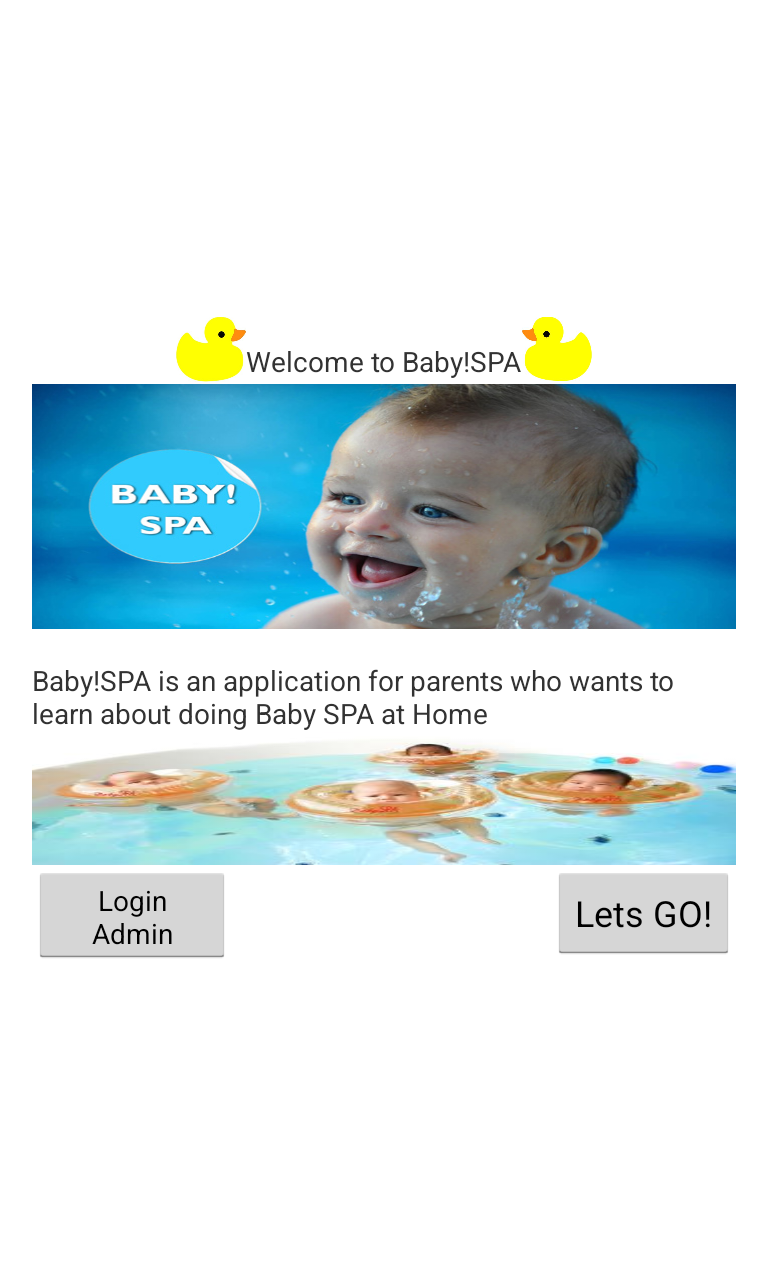
Repository: prettyamalia12/babyspa
Layout: Baby!SPA/res/layout/activity_baby_sp.xml
An editor plug-in stored every save of this project. The layout is shown before and after the next save, followed by the edit.
It is drawn on a 768 x 1280 px phone screen (xhdpi) without system bars, with theme AppTheme; the app's code is not run.

Above is the layout before, as saved 2016-12-01 13:50:01.

After the next save:
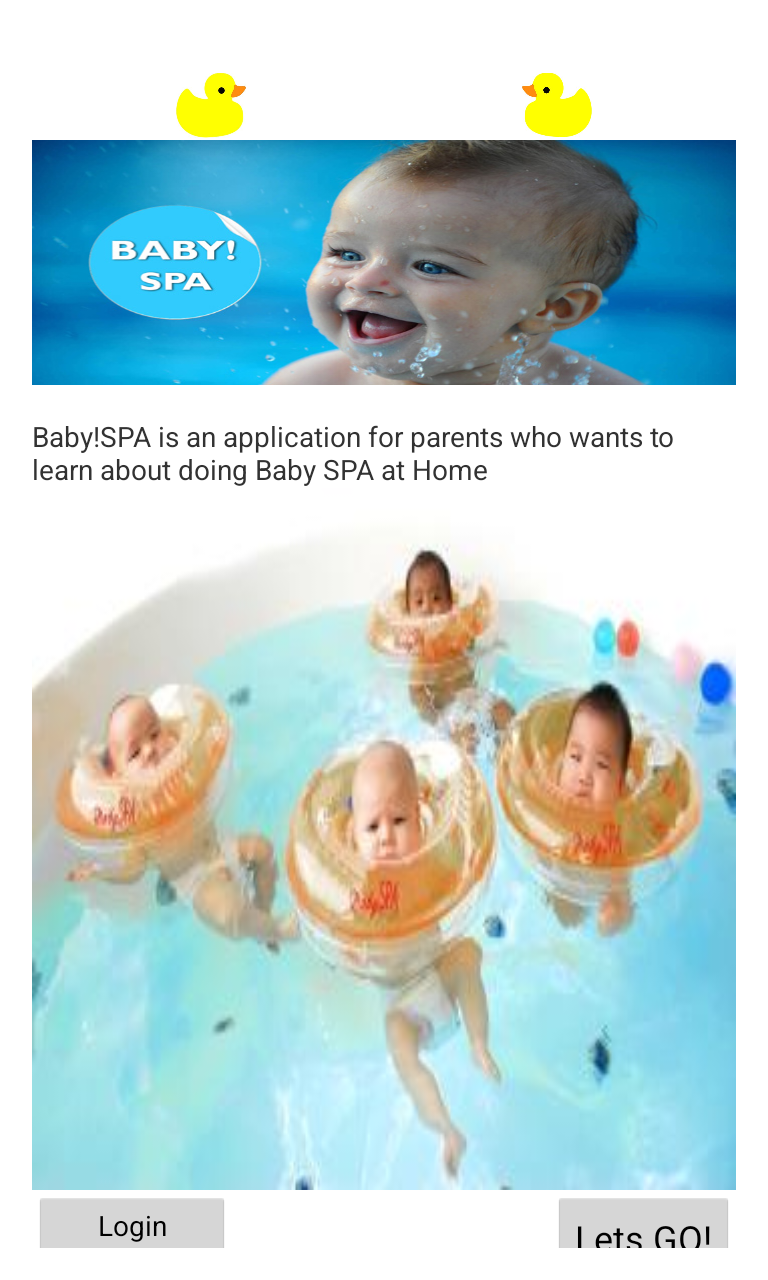
Saved 7 min 46 s later.
--- a/Baby!SPA/res/layout/activity_baby_sp.xml
+++ b/Baby!SPA/res/layout/activity_baby_sp.xml
@@ -8,15 +8,6 @@
     android:paddingRight="@dimen/activity_horizontal_margin"
     android:paddingTop="@dimen/activity_vertical_margin"
     tools:context=".BabySPA" >
-
-    <TextView
-        android:id="@+id/textViewtitle"
-        android:layout_width="wrap_content"
-        android:layout_height="wrap_content"
-        android:layout_alignParentTop="true"
-        android:layout_centerHorizontal="true"
-        android:layout_marginTop="14dp"
-        android:text="@string/welcome" />
 
     <ImageView
         android:id="@+id/imageView5"
@@ -54,20 +45,13 @@
 
     <ImageView
         android:id="@+id/imageView2"
-        android:layout_width="400dp"
+        android:layout_width="800dp"
         android:layout_height="wrap_content"
+        android:layout_above="@+id/button1"
         android:layout_alignLeft="@+id/textViewisi"
         android:layout_below="@+id/textViewisi"
         android:scaleType="fitXY"
         android:src="@drawable/babyspa" />
-
-    <Button
-        android:id="@+id/go"
-        android:layout_width="wrap_content"
-        android:layout_height="wrap_content"
-        android:layout_alignRight="@+id/imageView2"
-        android:layout_below="@+id/imageView2"
-        android:text="@string/go" />
 
     <Button
         android:id="@+id/button1"
@@ -78,4 +62,21 @@
         android:layout_alignTop="@+id/go"
         android:text="Login Admin" />
 
+    <TextView
+        android:id="@+id/textViewtitle"
+        android:layout_width="wrap_content"
+        android:layout_height="wrap_content"
+        android:layout_above="@+id/imageView3"
+        android:layout_centerHorizontal="true"
+        android:layout_marginBottom="19dp"
+        android:text="@string/welcome" />
+
+    <Button
+        android:id="@+id/go"
+        android:layout_width="wrap_content"
+        android:layout_height="wrap_content"
+        android:layout_alignParentBottom="true"
+        android:layout_alignRight="@+id/imageView2"
+        android:text="@string/go" />
+
 </RelativeLayout>
